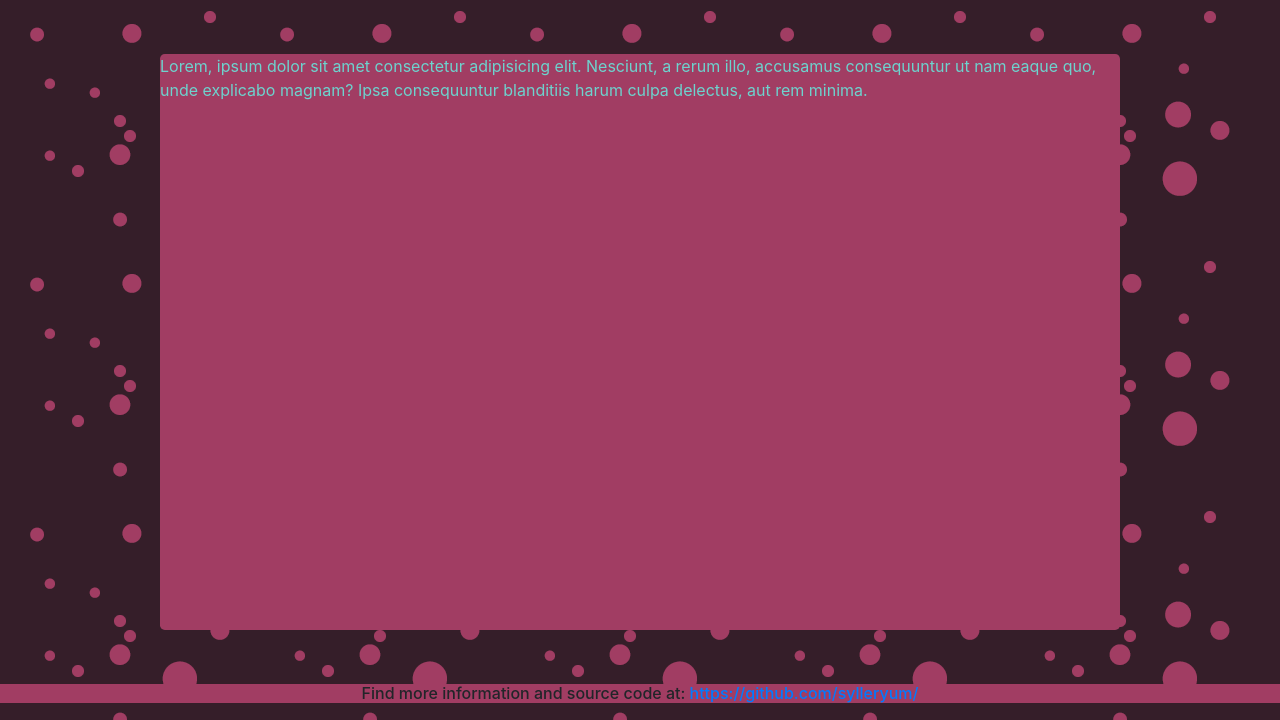
Repository: sylleryum/Frontend
Page: GetTopTracks/index.html
These files come from the project's save history. The page is drawn as it stood at one moment and after the next save; the edit follows.
The browser window is 1280 px wide. The pictures show the whole page.

Above is the page before, as saved 2019-10-13 15:02:41.

### GetTopTracks/index.html
<!doctype html>
<html lang="en">

<head>
     <title>Get top tracks from Artists and albums</title>
     <!-- Required meta tags -->
     <meta charset="utf-8">
     <meta name="viewport" content="width=device-width, initial-scale=1, shrink-to-fit=no">

     <!-- Bootstrap CSS -->
     <link rel="stylesheet" href="https://stackpath.bootstrapcdn.com/bootstrap/4.3.1/css/bootstrap.min.css"
          integrity="sha384-ggOyR0iXCbMQv3Xipma34MD+dH/1fQ784/j6cY/iJTQUOhcWr7x9JvoRxT2MZw1T" crossorigin="anonymous">

     <!-- main CSS-->
     <link rel="stylesheet" href="style.css">

</head>

<body class="background-master">

     <div class="container-fluid h-95">
          <div class="row align-items-center justify-content-center h-95">
               <div class="h-80 w-75 bg-4 text-1 rounded-lg" id="internal-container">Lorem, ipsum dolor sit amet
                    consectetur adipisicing elit. Nesciunt, a rerum illo, accusamus consequuntur ut nam eaque quo,
                    unde explicabo magnam? Ipsa consequuntur blanditiis harum culpa delectus, aut rem minima.</div>

          </div>

     </div>
     <footer class="text-center m-0 p-0 bg-4 test">
          <h6 class="p-0 m-0 text-w">Find more information and source code at: <a href="https://github.com/sylleryum/">
                    https://github.com/sylleryum/</a></h6>

     </footer>







     <!-- Optional JavaScript -->
     <!-- jQuery first, then Popper.js, then Bootstrap JS -->
     <script src="https://code.jquery.com/jquery-3.3.1.slim.min.js"
          integrity="sha384-q8i/X+965DzO0rT7abK41JStQIAqVgRVzpbzo5smXKp4YfRvH+8abtTE1Pi6jizo"
          crossorigin="anonymous"></script>
     <script src="https://cdnjs.cloudflare.com/ajax/libs/popper.js/1.14.7/umd/popper.min.js"
          integrity="sha384-UO2eT0CpHqdSJQ6hJty5KVphtPhzWj9WO1clHTMGa3JDZwrnQq4sF86dIHNDz0W1"
          crossorigin="anonymous"></script>
     <script src="https://stackpath.bootstrapcdn.com/bootstrap/4.3.1/js/bootstrap.min.js"
          integrity="sha384-JjSmVgyd0p3pXB1rRibZUAYoIIy6OrQ6VrjIEaFf/nJGzIxFDsf4x0xIM+B07jRM"
          crossorigin="anonymous"></script>
</body>

</html>

### GetTopTracks/style.css
.test{

}

.background-master{
     background: url(images/bb.png) repeat;
}

.h-100{
     min-height: 100vh;
 }

 .h-95{
     min-height: 95vh;
 }
.h-80{
     min-height: 80vh;
 }

 .bg-1{background: #6dd3ce!important}
 .bg-2{background: #c8e9a0!important}
 .bg-3{background: #f7a278!important}
 .bg-4{background: #a13d63!important}
 .bg-5{background: #351e29!important}

.text-1{color: #6dd3ce!important}
.text-2{color: #c8e9a0!important}
.text-3{color: #f7a278!important}
.text-4{color: #a13d63!important}
.text-5{color: #351e29!important}

After the next save:
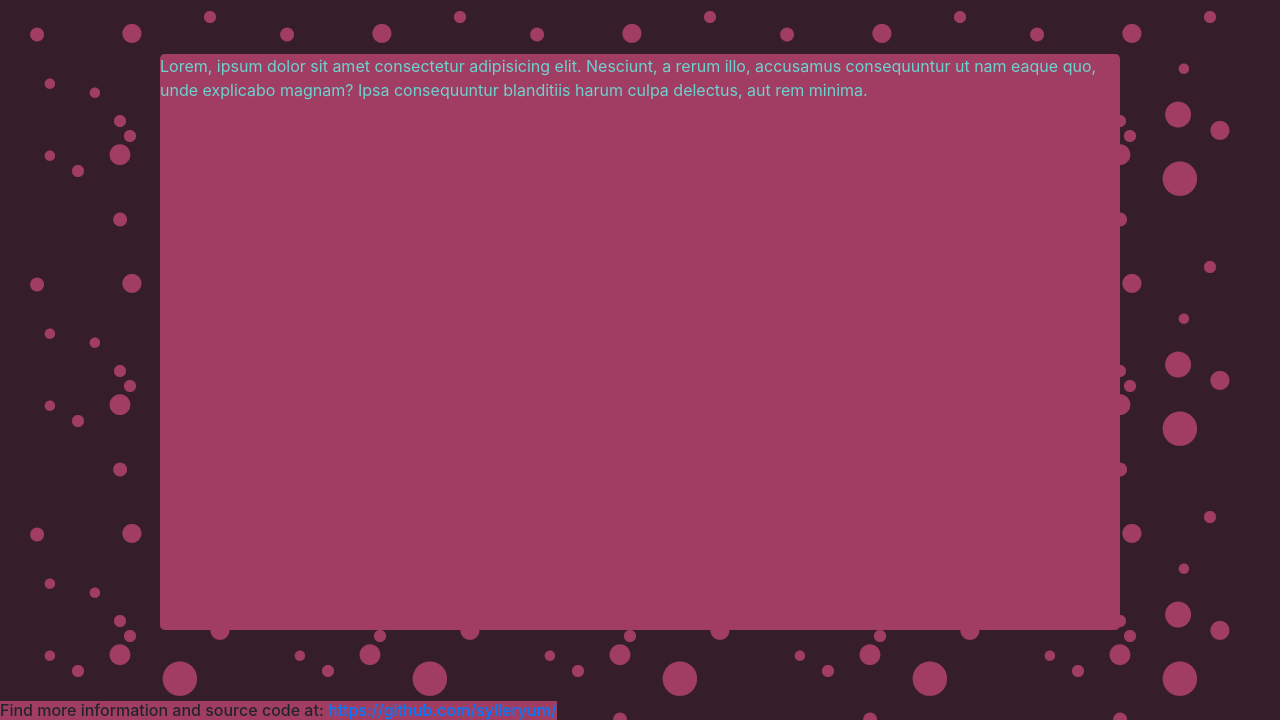
Saved 8 s later.
--- a/GetTopTracks/style.css
+++ b/GetTopTracks/style.css
@@ -1,5 +1,6 @@
 .test{
-
+     position: absolute;
+bottom: 0;
 }
 
 .background-master{

After the 3 saves that followed:
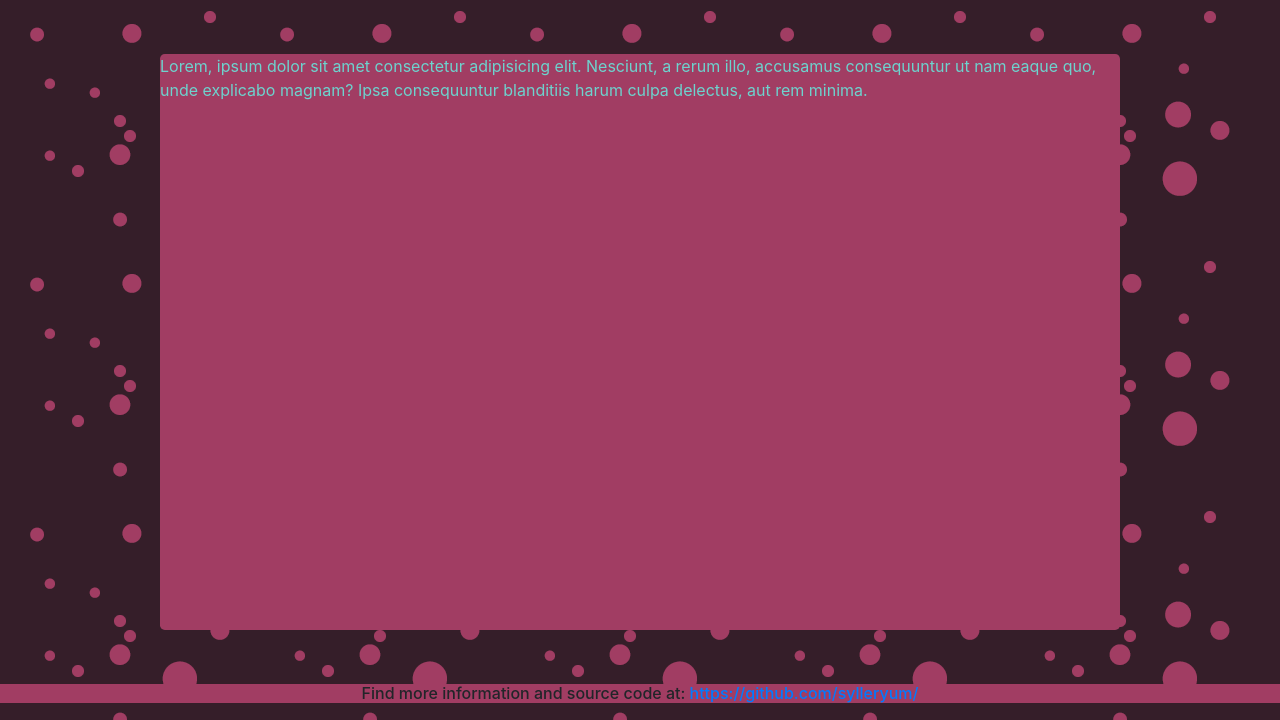
The 3 saves are shown as one change because 1 left the picture as it was and some came seconds apart.
The last was saved 31 s later.
--- a/GetTopTracks/style.css
+++ b/GetTopTracks/style.css
@@ -1,6 +1,5 @@
 .test{
-     position: absolute;
-bottom: 0;
+     margin-bottom: 0;
 }
 
 .background-master{
